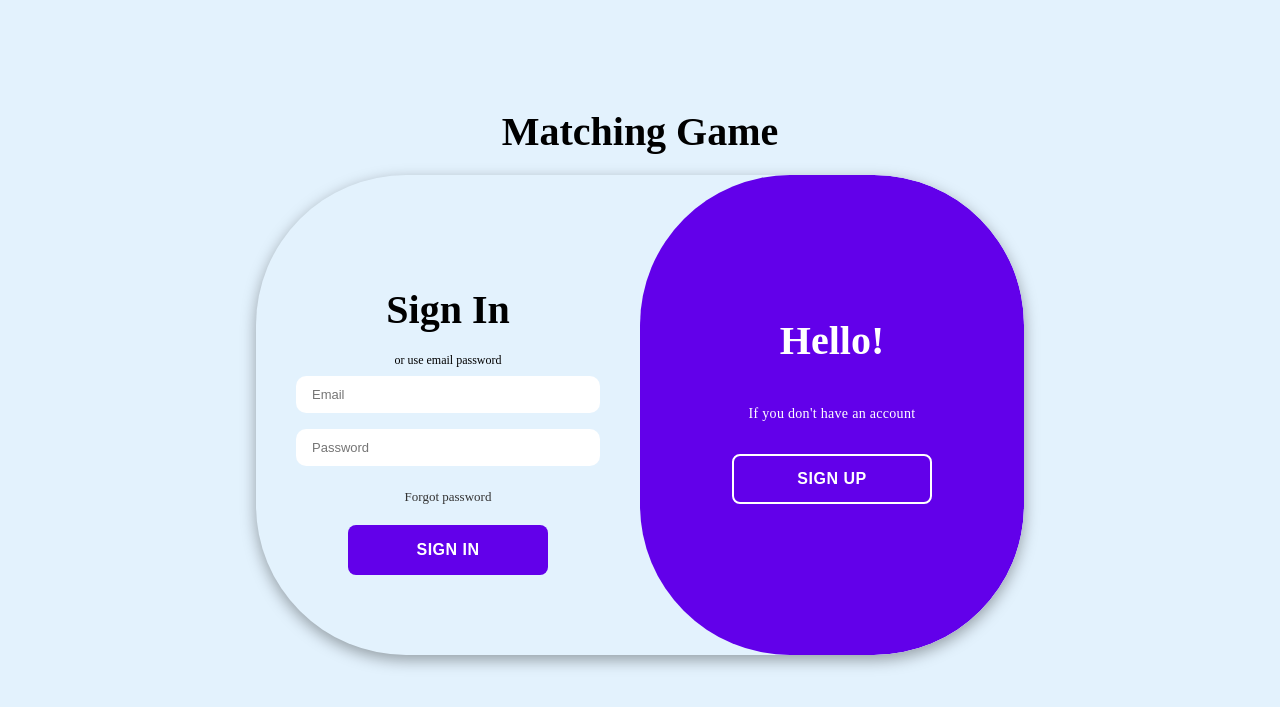
Repository: parnelltse/frontend2-courseproject
Page: /
These files come from the project's save history. The page is drawn as it stood at one moment and after the next save; the edit follows.
The browser window is 1280 px wide. The pictures show the whole page.
The project was rebuilt for these pictures with package versions that can differ from the ones it lists, and the page was loaded fresh each time. Also part of the build but not shown: vite.config.js, src/components/AccountForm.jsx, src/components/BackButton.jsx, src/pages/create.jsx, src/pages/login.jsx, src/pages/home.jsx, src/pages/gameoptions.jsx, src/pages/appsettings.jsx and 7 more.

Above is the page before, as saved 2024-11-02 23:29:16.

### src/App.jsx
import './App.css';
import { BrowserRouter as Router, Routes, Route } from 'react-router-dom';
import { Landing } from './pages/landing';
import Create from './pages/create';
import Login from './pages/login'
import Home from './pages/home';
import Gameoptions from './pages/gameoptions';
import AppSettings from './pages/appsettings';
import ProfileSettings from './pages/profilesettings';
import GameHistory from './pages/gamehistory';
import SinglePlayer from './pages/singleplayer';
import MultiPlayer from './pages/multiplayer';
import ResumeGame from './pages/resumegame';
import SingleGame from './pages/singlegame';
import MultiGame from './pages/multigame';

function App() {
  return (
    <Router>
      <Routes>
        <Route path="/" element={<Landing />} />
        <Route path="/create" element={<Create />} />
        <Route path="/login" element={<Login />} />
        <Route path="/home" element={<Home />} />
        <Route path="/gameoptions" element={<Gameoptions />} />
        <Route path='/appsettings' element={<AppSettings/>} />
        <Route path='/profilesettings' element={<ProfileSettings/>} />
        <Route path='/gamehistory' element={<GameHistory/>} />
        <Route path='/singleplayer' element={<SinglePlayer/>} />
        <Route path='/multiplayer' element={<MultiPlayer/>} />
        <Route path='/resumegame' element={<ResumeGame/>} />
        <Route path="/singlegame" element={<SingleGame />} />
        <Route path="/multigame" element={<MultiGame />} />
      </Routes>
    </Router>
  );
}

export default App;

### src/index.css
/** landing page */

.landing-nav {
    display: flex;
    flex-direction: column;
    justify-content: center;
    align-items: center;
    gap: 20px
}

.app .headline {
    text-align: center;
}

/** account form */

.sub-btn {
    align-items: center;
    margin: auto;
    margin-top: 10px;
}


/* Single player*/

.single-btn {
    margin: auto;
    align-items: center;
    background-color: #03dac6;
    color: rgb(74, 96, 86); /* darker text */
}

.single-btn:hover {
    background-color: #018786;
    color: white;

}

.single-container {
    padding-top: 10vh;
    align-items: center;
    margin: auto;
}

.single-bottom {
    margin: auto;
    width: 100vw;
    align-items: center;
    align-self: center;
    display: flex;
    justify-content: center;
    flex-direction: column;
}




.home-container {
    border-radius: 150px;
    box-shadow: 0 5px 15px rgba(0, 0, 0, 0.35);
    position: relative;
    overflow: hidden;
    width: 768px;
    max-width: 100%;
    min-height: 480px;
    margin: auto;
    backdrop-filter: blur;
  }

  .home-container p {
    font-size: 14px;
    line-height: 20px;
    letter-spacing: 0.3px;
    margin: 20px 0;
  }


  .home-container span {
    font-size: 12px;
  }

  .home-container a {
    color: #333;
    font-size: 13px;
    text-decoration: none;
    margin: 15px 0 10px;
  }
  .home-container button {
    background-color: #6200ea;
    color: #fff;
    padding: 10px 45px;
    border: 2px solid transparent;
    border-radius: 8px;
    font-weight: 600;
    letter-spacing: 0.5px;
    text-transform: uppercase;
    margin-top: 10px;
    cursor: pointer;
  }

  .home-container button.hidden {
    background-color: transparent;
    border-color: #fff;
  }

  .home-container form {
    backdrop-filter: blur;
    display: flex;
    align-items: center;
    justify-content: center;
    flex-direction: column;
    padding: 0 40px;
    height: 100%;
  }

  .home-container input {
    backdrop-filter: blur;
    border: 1.5px solid rgba(255, 255, 255, 0.3);
    color: black;
    margin: 8px 0;
    padding: 10px 15px;
    font-size: 13px;
    border-radius: 10px;
    width: 100%;
    outline: none;
  }

  .sign-up, .sign-in {
    position: absolute;
    top: 0;
    height: 100%;
    transition: all 0.6s ease-in-out;
  }

  .sign-in {
    left: 0;
    width: 50%;
    z-index: 2;
  }

  .home-container.active .sign-in {
    transform: translateX(100%);
  }

  .sign-up {
    left: 0;
    width: 50%;
    z-index: 1;
    opacity: 0;
  }

  .home-container.active .sign-up {
    transform: translateX(100%);
    opacity: 1;
    z-index: 5;
    animation: move 0.6s;
  }

  @keyframes move {
    0%, 49.99%{
      opacity: 0;
      z-index: 1;
    }
     50%, 100%{
      opacity: 1;
      z-index: 5;
    }
  }

  .toogle-container {
    position: absolute;
    top: 0;
    left: 50%;
    width: 50%;
    height: 100%;
    overflow: hidden;
    border-radius: 150px;
    z-index: 1000;
    transition: all 0.6s ease-in-out;
  }

  .home-container.active .toogle-container {
    transform: translateX(-100%);
    border-radius: 150px;
  }

  .toogle {
    background-color: #6200ea;
    height: 100%;
    background: #6200ea;
    color: #fff;
    position: relative;
    left: -100%;
    width: 200%;
    transform: translateX(0);
    transition: all 0.6s ease-in-out;
  }

  .home-container.active .toogle {
    transform: translateX(50%);
  }

  .toogle-panel {
    position: absolute;
    width: 50%;
    height: 100%;
    display: flex;
    justify-content: center;
    align-items: center;
    flex-direction: column;
    padding: 0 30px;
    text-align: center;
    top: 0;
    transform: translateX(0);
    transition: all 0.6s ease-in-out;
  }

  .toogle-left {
    transform: translateX(-200%);
  }

  .home-container.active .toogle-left {
    transform: translateX(0);
  }

  .toogle-right {
    right: 0;
    transform: translateX(0);
  }

  .home-container.active .toogle-right {
    transform: translateX(200%);
  }

### src/App.css
/* General Reset */
* {
	margin: 0;
	padding: 0;
	box-sizing: border-box;
}

/* Home page */
.container {
	align-items: center; /* Center the items horizontally */
	justify-content: center; /* Center the items vertically */
	min-height: 100vh; /* Full viewport height */
	background-color: #e3f2fd; /* Light blue background color */
	padding: 20px; /* Padding around content */
	padding-top: 15vh;
}

header {
	text-align: center;
	margin-bottom: 40px; /* Space below header */
	margin: auto;
}

button {
	background-color: #1e88e5; /* Button background color */
	color: white; /* White text color */
	border: none; /* Remove border */
	border-radius: 5px; /* Rounded corners */
	padding: 10px; /* Padding for buttons */
	cursor: pointer; /* Pointer cursor */
	transition: background-color 0.3s; /* Smooth background transition */
	width: 200px; /* Fixed width for all buttons */
	height: 50px; /* Fixed height for all buttons */
	font-size: 1rem; /* Font size for button text */
	margin: 10px; /* Space between buttons */
}

button:hover {
	background-color: #1565c0; /* Darker button color on hover */
}

.button-container {
	display: flex; /* Use flexbox for button alignment */
	flex-direction: column; /* Stack buttons vertically */
	align-items: center; /* Center buttons horizontally */
}

.title {
	font-size: 2.5rem; /* Title font size */
	text-align: center; /* Center the title text */
	margin-bottom: 20px; /* Space below title */
}

.profile-button {
	background-color: #6200ea; /* Primary color */
	color: white; /* White text */
	border: none; /* Remove border */
	border-radius: 5px; /* Rounded corners */
	padding: 10px 20px; /* Button padding */
	font-size: 1.2rem; /* Font size */
	cursor: pointer; /* Pointer cursor on hover */
	transition: background-color 0.3s; /* Smooth background transition */
	width: 155px; /* Ensure the width matches other buttons */
	height: 50px; /* Ensure the height matches other buttons */
	margin-bottom: 20vh;
}

.profile-button:hover {
	background-color: #3700b3; /* Darker shade on hover */
}

.button-container {
	display: flex;
	gap: 20px; /* Space between buttons */
}

.play-button,
.settings-button {
	background-color: #03dac6; /* Secondary color */
	border: none;
	border-radius: 5px;
	padding: 15px 25px; /* Button padding */
	font-size: 1.5rem; /* Font size */
	cursor: pointer; /* Pointer cursor on hover */
	transition: background-color 0.3s; /* Smooth background transition */
	align-items: center;
	text-align: center;
}

.play-button {
	color: rgb(74, 96, 86); /* darker text */
}

.settings-button {
	color: white; /* white text */
}

.play-button:hover {
	background-color: #018786; /* Darker shade on hover */
	color: white; /* white text */

}

.settings-button {
	background-color: #ff5722; /* Different color for settings */
}

.settings-button:hover {
	background-color: #c41c00; /* Darker shade on hover */
}

/* Typography */
h1 {
	font-size: 2.5rem;
	text-align: center;
	margin-bottom: 20px;
}

h2 {
	font-size: 1.75rem;
	text-align: center;
	margin-bottom: 15px;
}

/* Button Styles */
button {
	background-color: #6200ea;
	color: white;
	padding: 10px 20px;
	border: none;
	border-radius: 5px;
	cursor: pointer;
	margin: 10px;
	transition: background-color 0.3s ease;
}

button:hover {
	background-color: #3700b3;
}

/* Form Input Styles */
input[type="text"],
input[type="password"],
input[type="number"] {
	width: 100%;
	padding: 10px;
	margin: 10px 0;
	box-sizing: border-box;
	border: 2px solid #ccc;
	border-radius: 4px;
}

form {
	max-width: 400px;
	margin: 20px auto;
	display: flex;
	flex-direction: column;
}

/* Back Button */
button.back-btn {
	background-color: #f44336;
	color: white;
	border-radius: 50%;
	width: 50px;
	height: 50px;
	display: flex;
	justify-content: center;
	align-items: center;
	font-size: 1.2rem;
}

button.back-btn:hover {
	background-color: #e53935;
}

/* App Settings */
.app-settings {
	display: flex;
	flex-direction: column;
	justify-content: center;
	align-items: center;
	padding: 20px;
	text-align: center;
	min-height: 100vh;
	padding-top: 20vh;
}

.setting-bottons {
	display: flex;
	justify-content: center;
	flex-direction: column;
	margin: auto;
	align-items: center;
}

.theme-toggle {
	background-color: #333;
	color: white;
	padding: 10px;
	border-radius: 5px;
	cursor: pointer;
}

.theme-toggle:hover {
	background-color: #555;
}

/* Game Options */
.game-options {
	display: flex;
	flex-direction: column;
	align-items: center;
	margin: 20px;
}

button.grid-size {
	background-color: #2196f3;
	margin: 5px;
}

button.grid-size:hover {
	background-color: #1976d2;
}

/* single and multiplayer pages */
img {
	max-width: 100%;
	height: auto;
	display: block;
	margin: 0 auto;
}

.game-grid {
	display: grid;
	grid-template-columns: repeat(5, 1fr); /* 5 columns for a 5x5 grid */
	gap: 10px; /* Space between grid items */
	padding: 20px; /* Optional padding around the grid */
}

.game-item {
	background-color: #c5d9e8; /* Background color for game items */
	border: 1px solid #100f0f; /* Border for each game item */
	border-radius: 5px; /* Rounded corners */
	display: flex; /* Center content */
	align-items: center; /* Center content vertically */
	justify-content: center; /* Center content horizontally */
	height: 100px; /* Fixed height for game items */
	font-size: 1.2em; /* Font size for game item text */
}

/* history page */

.history-container {
	display: flex;
	flex-direction: column;
	align-items: center;
	justify-content: center;
	min-height: 100vh; /* Full viewport height */
	background-color: #f9f9f9; /* Light background color */
	padding: 20px; /* Padding around content */
}

.history-title {
	font-size: 2.5rem; /* Title font size */
	color: #333; /* Darker text color */
	margin-bottom: 10px; /* Space below title */
}

.history-description {
	font-size: 1.2rem; /* Description font size */
	color: #666; /* Slightly lighter text color */
	text-align: center; /* Center-align description */
	margin-bottom: 30px; /* Space below description */
}

.score-table {
	width: 100%;
	max-width: 600px; /* Max width for the table */
	margin: 0 auto; /* Center the table */
	background-color: white; /* White background for the table */
	border-radius: 8px; /* Rounded corners */
	box-shadow: 0 4px 8px rgba(0, 0, 0, 0.1); /* Subtle shadow */
	overflow: hidden; /* Ensure rounded corners apply */
}

table {
	width: 100%; /* Full width of the table */
	border-collapse: collapse; /* Remove space between table cells */
}

th,
td {
	padding: 15px; /* Cell padding */
	text-align: left; /* Align text to the left */
	border-bottom: 1px solid #e0e0e0; /* Bottom border for rows */
}

th {
	background-color: #6200ea; /* Header background color */
	color: white; /* White text for header */
}

tr:hover {
	background-color: #f1f1f1; /* Highlight row on hover */
}

.back-button {
	margin-top: 20px; /* Space above the back button */
}

/* profile settings page*/

.profile-settings-container {
	display: flex;
	flex-direction: column;
	align-items: center;
	justify-content: center;
	min-height: 100vh; /* Full viewport height */
	background-color: #f9f9f9; /* Light background color */
	padding: 20px; /* Padding around content */
}

.profile-settings-title {
	font-size: 2.5rem; /* Title font size */
	color: #333; /* Darker text color */
	margin-bottom: 20px; /* Space below title */
}

.submitted-username {
	font-size: 1.5rem; /* Font size for submitted username */
	color: #6200ea; /* Color for submitted username */
	margin-bottom: 20px; /* Space below username display */
}

.profile-settings-form {
	display: flex;
	flex-direction: column;
	align-items: center; /* Center align the form elements */
	margin-bottom: 20px; /* Space below the form */
}

.username-input {
	padding: 10px; /* Padding for input */
	font-size: 1rem; /* Font size for input */
	border: 1px solid #ccc; /* Border for input */
	border-radius: 4px; /* Rounded corners */
	margin-bottom: 10px; /* Space below input */
	width: 100%; /* Full width */
	max-width: 300px; /* Max width for input */
}

.save-button {
	padding: 10px 20px; /* Padding for button */
	background-color: #6200ea; /* Button background color */
	color: white; /* Button text color */
	border: none; /* Remove border */
	border-radius: 4px; /* Rounded corners */
	cursor: pointer; /* Pointer cursor on hover */
	font-size: 1rem; /* Font size for button */
}

.save-button:hover {
	background-color: #3700b3; /* Darker button color on hover */
}

.navigation-buttons {
	display: flex;
	gap: 10px; /* Space between navigation buttons */
}

.scores-button {
	padding: 10px 20px; /* Padding for button */
	background-color: #03dac6; /* Button background color */
	color: white; /* Button text color */
	border: none; /* Remove border */
	border-radius: 4px; /* Rounded corners */
	cursor: pointer; /* Pointer cursor on hover */
	font-size: 1rem; /* Font size for button */
}

.scores-button:hover {
	background-color: #018786; /* Darker button color on hover */
}

/* game options page */

.game-options-container {
	display: flex;
	flex-direction: column;
	align-items: center;
	justify-content: center;
	min-height: 100vh; /* Full viewport height */
	background-color: #f0f4f8; /* Light background color */
	padding: 20px; /* Padding around content */
}

.game-options-title {
	font-size: 2.5rem; /* Title font size */
	color: #333; /* Darker text color */
	margin-bottom: 40px; /* Space below title */
}

.game-options-buttons {
	display: flex;
	flex-direction: column; /* Arrange buttons vertically */
	gap: 15px; /* Space between buttons */
}

.game-option-button {
	padding: 15px 30px; /* Padding for buttons */
	font-size: 1.2rem; /* Font size for buttons */
	background-color: #6200ea; /* Button background color */
	color: white; /* Button text color */
	border: none; /* Remove border */
	border-radius: 5px; /* Rounded corners */
	cursor: pointer; /* Pointer cursor on hover */
	transition: background-color 0.3s; /* Smooth background transition */
	width: 100%; /* Full width */
	max-width: 300px; /* Max width for buttons */
}

.game-option-button:hover {
	background-color: #3700b3; /* Darker button color on hover */
}

/* create account page */

.create-container {
	display: flex;
	flex-direction: column;
	align-items: center;
	justify-content: center;
	min-height: 100vh; /* Full viewport height */
	background-color: #f0f4f8; /* Light background color */
	padding: 20px; /* Padding around content */
}

.create-header {
	text-align: center; /* Center header text */
	margin-bottom: 40px; /* Space below header */
}

.create-header h1 {
	font-size: 2.5rem; /* Title font size */
	color: #000000; /* Primary color for title */
}

.create-header h2 {
	font-size: 1.5rem; /* Subtitle font size */
	color: #333; /* Darker color for subtitle */
	margin-top: 10px; /* Space above subtitle */
}

.create-container > * {
	margin: 10px 0; /* Space between elements */
}

.back-button {
	margin-top: 20px; /* Space above back button */
	background-color: #6200ea; /* Match primary color */
	color: white; /* White text color */
	border: none; /* Remove border */
	border-radius: 5px; /* Rounded corners */
	padding: 10px 20px; /* Padding for button */
	cursor: pointer; /* Pointer cursor */
	transition: background-color 0.3s; /* Smooth background transition */
}

.back-button:hover {
	background-color: #3700b3; /* Darker button color on hover */
}

/* login page */
.login-container {
	align-items: flex-start;
	justify-content: center;
	min-height: 100vh; /* Full viewport height */
	background-color: #ede3fd; /* Light blue background color */
	padding-top: 20vh;
}

.login-header {
	text-align: center; /* Center header text */
	margin-bottom: 40px; /* Space below header */
}

.login-header h1 {
	font-size: 2.5rem; /* Title font size */
	color: #3700b3; /* Primary color for title */
}

.login-header h2 {
	font-size: 1.5rem; /* Subtitle font size */
	color: #424242; /* Darker color for subtitle */
	margin-top: 10px; /* Space above subtitle */
}

.account-form {
	width: 100%; /* Full width for the form */
	max-width: 400px; /* Maximum width for the form */
	background-color: white; /* White background for form */
	border-radius: 8px; /* Rounded corners */
	box-shadow: 0 2px 10px rgba(0, 0, 0, 0.1); /* Subtle shadow */
	padding: 20px; /* Padding inside the form */
}

button {
	background-color: #6200ea; /* Match primary color */
	color: white; /* White text color */
	border: none; /* Remove border */
	border-radius: 5px; /* Rounded corners */
	padding: 10px 20px; /* Padding for button */
	cursor: pointer; /* Pointer cursor */
	transition: background-color 0.3s; /* Smooth background transition */
}

button:hover {
	background-color: #3700b3; /* Darker button color on hover */
}

.account-form input {
	margin: 10px 0; /* Space between inputs */
	padding: 10px; /* Padding for inputs */
	border: 1px solid #ccc; /* Light border for inputs */
	border-radius: 5px; /* Rounded corners for inputs */
	width: 100%; /* Full width for inputs */
}

### src/pages/landing.jsx
import { useNavigate } from 'react-router-dom';
import { useState, useEffect } from 'react';

export function Landing () {
  const navigate = useNavigate();

  const handleLogin = (data) => {
		console.log("User logged in:", data);
		navigate("/home"); // Redirect to the home page
	};

  const handleAccountCreation = (data) => {
		console.log("Account created:", data);
		navigate("/home");
	};



  const [isActive, setIsActive] = useState(false);

  const toggleActive = () => setIsActive(!isActive);

  return (
    <div className={`app ${isActive ? 'active' : ''}`}>
      <div className="container">
        <h1 className='headline'>
          Matching Game
        </h1>
        <div className={`home-container ${isActive ? 'active' : ''}`} id="home-container">
          <div className="sign-up">
            <form onSubmit={handleAccountCreation}>
              <h1>Create Account</h1>
              <span>or use email for registration</span>
              <input type="text" placeholder="Name" />
              <input type="text" placeholder="Email" />
              <input type="password" placeholder="Password" />
              <button type="submit">Sign Up</button>
            </form>
          </div>
          <div className="sign-in">
            <form onSubmit={handleLogin}>
              <h1>Sign In</h1>
              <span>or use email password</span>
              <input type="text" placeholder="Email" />
              <input type="password" placeholder="Password" />
              <a href="#">Forgot password</a>
              <button type="submit">Sign In</button>
            </form>
          </div>
          <div class="toogle-container">
            <div class="toogle">
              <div class="toogle-panel toogle-left">
                <h1>Welcome!</h1>
                <p>If you already have an account</p>
                <button class="hidden" id="login" onClick={toggleActive}>Sign In</button>
              </div>
              <div class="toogle-panel toogle-right">
                <h1>Hello!</h1>
                <p>If you don't have an account</p>
                <button class="hidden" id="register" onClick={toggleActive}>Sign Up</button>
              </div>
            </div>
          </div>
        </div>
      </div>
    </div>
  );
}

Loaded but not shown: index.html (common file); src/main.jsx (common file)

After the next save:
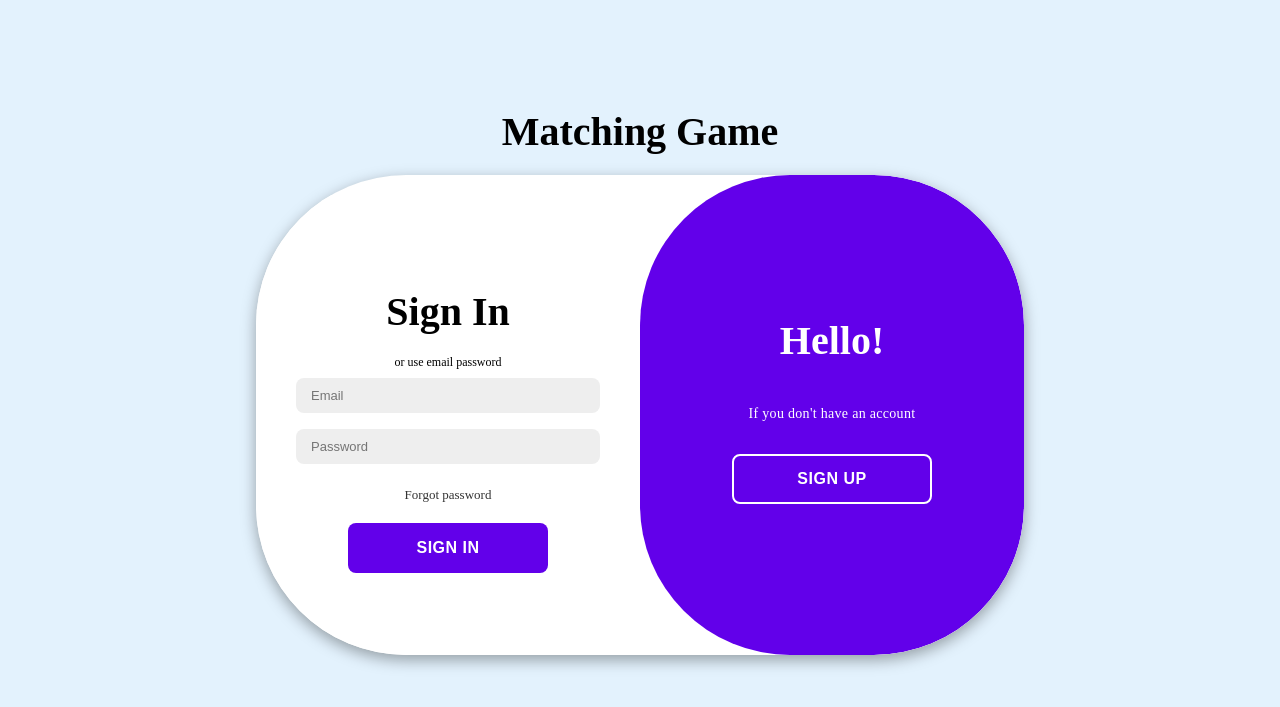
Saved 63 s later.
--- a/src/index.css
+++ b/src/index.css
@@ -56,6 +56,7 @@
 
 
 .home-container {
+    background-color: #fff;
     border-radius: 150px;
     box-shadow: 0 5px 15px rgba(0, 0, 0, 0.35);
     position: relative;
@@ -64,7 +65,6 @@
     max-width: 100%;
     min-height: 480px;
     margin: auto;
-    backdrop-filter: blur;
   }
 
   .home-container p {
@@ -104,7 +104,7 @@
   }
 
   .home-container form {
-    backdrop-filter: blur;
+    background-color: #fff;
     display: flex;
     align-items: center;
     justify-content: center;
@@ -114,13 +114,12 @@
   }
 
   .home-container input {
-    backdrop-filter: blur;
-    border: 1.5px solid rgba(255, 255, 255, 0.3);
-    color: black;
+    background-color: #eee;
+    border: none;
     margin: 8px 0;
     padding: 10px 15px;
     font-size: 13px;
-    border-radius: 10px;
+    border-radius: 8px;
     width: 100%;
     outline: none;
   }
